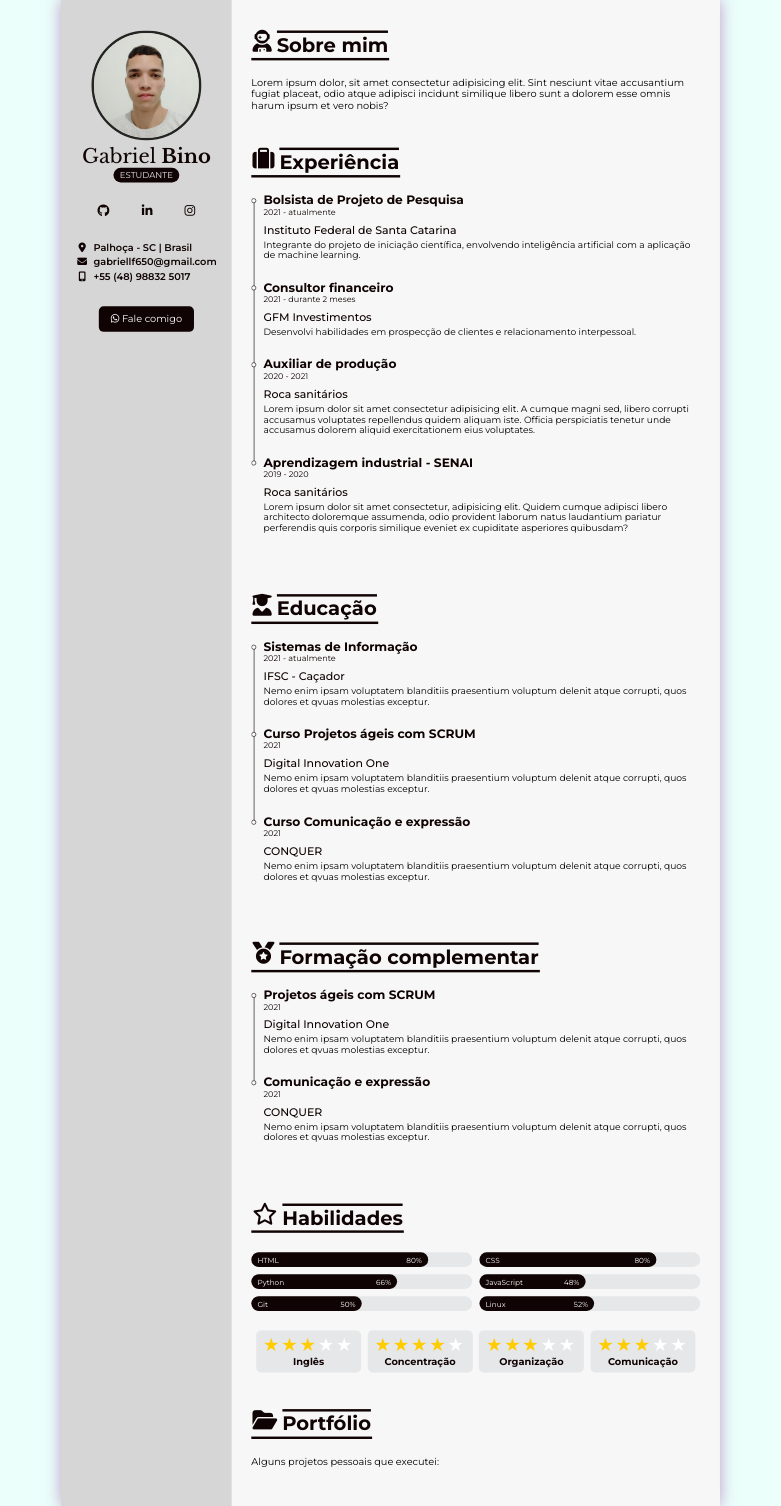
Repository: gabrielbino/curriculoResponsivo
Page: index.html
The author's editor kept a copy of each file at every save. The page is drawn from the files as they stood at one save, then again after the next save.
The browser window is 1280 px wide. The pictures show the whole page, at 61% of full size.
Some web libraries are served in a nearby version.

Above is the page before, as saved 2021-10-19 16:31:05.

### index.html
<!DOCTYPE html>
<html lang="pt-br">
  <head>
    <meta charset="UTF-8" />

    <meta name="viewport" content="width=device-width, initial-scale=1" />

    <link
      rel="stylesheet"
      href="https://cdnjs.cloudflare.com/ajax/libs/normalize/8.0.1/normalize.min.css"
      integrity="sha512-NhSC1YmyruXifcj/KFRWoC561YpHpc5Jtzgvbuzx5VozKpWvQ+4nXhPdFgmx8xqexRcpAglTj9sIBWINXa8x5w=="
      crossorigin="anonymous"
      referrerpolicy="no-referrer"
    />

    <script
      src="https://kit.fontawesome.com/a6ac7cca8d.js"
      crossorigin="anonymous"
    ></script>

    <link rel="stylesheet" href="css/style.css" />

    <link rel="shortcut icon" href="img/favicon.ico" />

    <title>CV do Gabriel</title>
  </head>
  <body>
    <main>
      <aside>
        <div class="sidebar">
          <img
            class="profile-picture"
            src="./img/option_profile.jpeg"
            alt="Gabriel Bino"
          />
          <h1 class="title-name"><span>Gabriel</span> Bino</h1>
          <h3 class="subtitle-role">Estudante</h3>
          <div class="social-links">
            <a href="https://github.com/gabrielbino" target="_blank">
              <i class="fab fa-github"></i>
            </a>
            <a
              href="https://www.linkedin.com/in/gabriel-fernandes-bino-456499195/"
              target="_blank"
            >
              <i class="fab fa-linkedin-in"></i>
            </a>
            <!-- <a href="https://twitter.com/theleoad" target="_blank">
              <i class="fab fa-twitter"></i>
            </a> -->
            <a href="https://www.instagram.com/gabrielfbino/" target="_blank">
              <i class="fab fa-instagram"></i>
            </a>
          </div>
          <ul class="personal-data">
            <li>
              <i class="fas fa-map-marker-alt"></i>
              <span>Palhoça - SC | Brasil</span>
            </li>
            <li>
              <i class="fas fa-envelope"></i>
              <a href="mailto:galbriellf650@gmail.com"
                >gabriellf650@gmail.com</a
              >
            </li>
            <li>
              <i class="fas fa-mobile-alt"></i>
              <a href="tel:+5548988325017">+55 (48) 98832 5017</a>
            </li>
          </ul>
          <a
            class="download-button"
            href="https://wa.me/+5548988325017"
            target="_blank"
          >
            <i class="fab fa-whatsapp"></i>
            <span>Fale comigo</span>
          </a>
        </div>
      </aside>
      <section>
        <article>
          <div class="article-title-wrapper">
            <i class="fas fa-user-astronaut"></i>
            <h2 class="article-title">Sobre mim</h2>
          </div>
          <p>
            Lorem ipsum dolor, sit amet consectetur adipisicing elit. Sint
            nesciunt vitae accusantium fugiat placeat, odio atque adipisci
            incidunt similique libero sunt a dolorem esse omnis harum ipsum et
            vero nobis?
          </p>
        </article>
        <article>
          <div class="article-title-wrapper">
            <i class="fas fa-suitcase"></i>
            <h2 class="article-title">Experiência</h2>
          </div>
          <ul class="timeline">
            <li>
              <h4 class="timeline-title">Bolsista de Projeto de Pesquisa</h4>
              <h5 class="timeline-time">2021 - atualmente</h5>
              <h6 class="timeline-place">
                Instituto Federal de Santa Catarina
              </h6>
              <p class="timeline-text">
                Integrante do projeto de iniciação científica, envolvendo
                inteligência artificial com a aplicação de machine learning.
              </p>
            </li>
            <li>
              <h4 class="timeline-title">Consultor financeiro</h4>
              <h5 class="timeline-time">2021 - durante 2 meses</h5>
              <h6 class="timeline-place">GFM Investimentos</h6>
              <p class="timeline-text">
                Desenvolvi habilidades em prospecção de clientes e
                relacionamento interpessoal.
              </p>
            </li>
            <li>
              <h4 class="timeline-title">Auxiliar de produção</h4>
              <h5 class="timeline-time">2020 - 2021</h5>
              <h6 class="timeline-place">Roca sanitários</h6>
              <p class="timeline-text">
                Lorem ipsum dolor sit amet consectetur adipisicing elit. A
                cumque magni sed, libero corrupti accusamus voluptates
                repellendus quidem aliquam iste. Officia perspiciatis tenetur
                unde accusamus dolorem aliquid exercitationem eius voluptates.
              </p>
            </li>
            <li>
              <h4 class="timeline-title">Aprendizagem industrial - SENAI</h4>
              <h5 class="timeline-time">2019 - 2020</h5>
              <h6 class="timeline-place">Roca sanitários</h6>
              <p class="timeline-text">
                Lorem ipsum dolor sit amet consectetur, adipisicing elit. Quidem
                cumque adipisci libero architecto doloremque assumenda, odio
                provident laborum natus laudantium pariatur perferendis quis
                corporis similique eveniet ex cupiditate asperiores quibusdam?
              </p>
            </li>
          </ul>
        </article>
        <article>
          <div class="article-title-wrapper">
            <i class="fas fa-user-graduate"></i>
            <h2 class="article-title">Educação</h2>
          </div>
          <ul class="timeline">
            <li>
              <h4 class="timeline-title">Sistemas de Informação</h4>
              <h5 class="timeline-time">2021 - atualmente</h5>
              <h6 class="timeline-place">IFSC - Caçador</h6>
              <p class="timeline-text">
                Nemo enim ipsam voluptatem blanditiis praesentium voluptum
                delenit atque corrupti, quos dolores et qvuas molestias
                exceptur.
              </p>
            </li>
            <li>
              <h4 class="timeline-title">Curso Projetos ágeis com SCRUM</h4>
              <h5 class="timeline-time">2021</h5>
              <h6 class="timeline-place">Digital Innovation One</h6>
              <p class="timeline-text">
                Nemo enim ipsam voluptatem blanditiis praesentium voluptum
                delenit atque corrupti, quos dolores et qvuas molestias
                exceptur.
              </p>
            </li>
            <li>
              <h4 class="timeline-title">Curso Comunicação e expressão</h4>
              <h5 class="timeline-time">2021</h5>
              <h6 class="timeline-place">CONQUER</h6>
              <p class="timeline-text">
                Nemo enim ipsam voluptatem blanditiis praesentium voluptum
                delenit atque corrupti, quos dolores et qvuas molestias
                exceptur.
              </p>
            </li>
          </ul>
        </article>
        <article>
          <div class="article-title-wrapper">
            <i class="fas fa-medal"></i>
            <h2 class="article-title">Formação complementar</h2>
          </div>
          <ul class="timeline">
            <li>
              <h4 class="timeline-title">Projetos ágeis com SCRUM</h4>
              <h5 class="timeline-time">2021</h5>
              <h6 class="timeline-place">Digital Innovation One</h6>
              <p class="timeline-text">
                Nemo enim ipsam voluptatem blanditiis praesentium voluptum
                delenit atque corrupti, quos dolores et qvuas molestias
                exceptur.
              </p>
            </li>
            <li>
              <h4 class="timeline-title">Comunicação e expressão</h4>
              <h5 class="timeline-time">2021</h5>
              <h6 class="timeline-place">CONQUER</h6>
              <p class="timeline-text">
                Nemo enim ipsam voluptatem blanditiis praesentium voluptum
                delenit atque corrupti, quos dolores et qvuas molestias
                exceptur.
              </p>
            </li>
          </ul>
        </article>
        <article>
          <div class="article-title-wrapper">
            <i class="far fa-star"></i>
            <h2 class="article-title">Habilidades</h2>
          </div>
          <div class="skills-container">
            <div class="progress">
              <div class="progress-bar" role="progressbar" style="width: 80%">
                <div class="progress-text">
                  <span>HTML</span>
                  <span>80%</span>
                </div>
              </div>
            </div>
            <div class="progress">
              <div class="progress-bar" role="progressbar" style="width: 80%">
                <div class="progress-text">
                  <span>CSS</span>
                  <span>80%</span>
                </div>
              </div>
            </div>
            <div class="progress">
              <div class="progress-bar" role="progressbar" style="width: 66%">
                <div class="progress-text">
                  <span>Python</span>
                  <span>66%</span>
                </div>
              </div>
            </div>
            <div class="progress">
              <div class="progress-bar" role="progressbar" style="width: 48%">
                <div class="progress-text">
                  <span>JavaScript</span>
                  <span>48%</span>
                </div>
              </div>
            </div>
            <div class="progress">
              <div class="progress-bar" role="progressbar" style="width: 50%">
                <div class="progress-text">
                  <span>Git</span>
                  <span>50%</span>
                </div>
              </div>
            </div>
            <div class="progress">
              <div class="progress-bar" role="progressbar" style="width: 52%">
                <div class="progress-text">
                  <span>Linux</span>
                  <span>52%</span>
                </div>
              </div>
            </div>
          </div>
          <div class="soft-skills">
            <div class="soft-skill">
              <div class="soft-skill-rating" style="--rating: 3"></div>
              <h4 class="soft-skill-label">Inglês</h4>
            </div>
            <div class="soft-skill">
              <div class="soft-skill-rating" style="--rating: 4"></div>
              <h4 class="soft-skill-label">Concentração</h4>
            </div>
            <div class="soft-skill">
              <div class="soft-skill-rating" style="--rating: 3"></div>
              <h4 class="soft-skill-label">Organização</h4>
            </div>
            <div class="soft-skill">
              <div class="soft-skill-rating" style="--rating: 3"></div>
              <h4 class="soft-skill-label">Comunicação</h4>
            </div>
          </div>
        </article>
        <article>
          <div class="article-title-wrapper">
            <i class="fas fa-folder-open"></i>
            <h2 class="article-title">Portfólio</h2>
          </div>
          <p>Alguns projetos pessoais que executei:</p>
          <div class="portfolio">
            <a href="#" class="portfolio-item">
              <div></div>
            </a>
            <a href="#" class="portfolio-item">
              <div></div>
            </a>
            <a href="#" class="portfolio-item">
              <div></div>
            </a>
            <a href="#" class="portfolio-item">
              <div></div>
            </a>
          </div>
        </article>
      </section>
    </main>
  </body>
</html>

### css/style.css
@import url("https://fonts.googleapis.com/css2?family=Libre+Baskerville:wght@400;700&family=Montserrat:wght@400;500;600;700&display=swap");

* {
  box-sizing: border-box;
}

img {
  max-width: 100%;
}

body {
  background-color: #ebfffb;
  color: black;
  font-family: "Montserrat", sans-serif;
}

main {
  background-color: #ebfffb;
  box-shadow: 0 0 1.5rem rgba(149, 56, 158, 0.5);
  display: flex;
  margin: 0 auto;
  max-width: 1080px;
  min-height: 100vh;
  width: 100%;
}

aside {
  background-color: #d6d6d6;
  padding: 50px 0 16px;
  width: 280px;
}

.sidebar {
  align-items: center;
  display: flex;
  flex-direction: column;
  position: sticky;
  top: 16px;
  width: 100%;
}

.profile-picture {
  border-radius: 50%;
  border: solid 4px #242423;
  width: 180px;
}

.title-name {
  color: #100303;
  font-family: "Libre Baskerville", serif;
  font-weight: 700;
  margin: 8px 0 0;
}

.title-name span {
  font-weight: 500;
}

.subtitle-role {
  background: #100303;
  border-radius: 12px;
  color: #e9ebec;
  font-size: 14px;
  font-weight: 400;
  margin: 0;
  padding: 4px 10px;
  text-transform: uppercase;
}

.social-links {
  display: flex;
  font-size: 20px;
  justify-content: space-between;
  margin: 36px 0;
  width: 160px;
}

.social-links a {
  color: #100303;
}

.social-links a:hover {
  color: #;
}

.personal-data {
  list-style-type: none;
  margin: 0;
  padding: 0;
}

.personal-data li {
  color: #100303;
  font-weight: 600;
  line-height: 1.5;
}

.personal-data li a {
  color: inherit;
  text-decoration: none;
}

.personal-data i {
  margin-right: 4px;
  text-align: center;
  width: 20px;
}

.download-button {
  background: #100303;
  border-radius: 8px;
  color: white;
  display: block;
  margin: 36px 0;
  padding: 12px 20px;
  text-decoration: none;
}

section {
  background-color: #f7f7f7;
  padding: 50px 32px 0;
  width: calc(100% - 280px);
}

article:not(:last-of-type) {
  margin-bottom: 60px;
}

.article-title-wrapper {
  align-items: center;
  border-bottom: 4px solid;
  color: #100303;
  display: inline-flex;
  margin-bottom: 12px;
  padding: 0 2px;
}
.article-title-wrapper i {
  font-size: 36px;
  margin: -8px 8px 0 0;
}

.article-title {
  border-top: 4px solid;
  color: #100303;
  font-size: 32px;
  font-weight: 800;
  margin: 0 0 2px;
  padding-top: 2px;
}

.timeline {
  list-style: none;
  margin: 20px 0;
  padding: 0;
}

.timeline li {
  margin: 0;
  padding: 2px 0 40px 20px;
  position: relative;
}

.timeline li::after {
  background-color: #fff;
  border-radius: 50%;
  border: 1px solid #100303;
  box-sizing: border-box;
  content: "";
  display: inline-block;
  height: 8px;
  left: 0;
  position: absolute;
  top: 2px;
  width: 8px;
}

.timeline li:not(:last-of-type)::before {
  background-color: #100303;
  content: "";
  height: 100%;
  left: 3.5px;
  position: absolute;
  top: calc(0.5em - 4px);
  width: 1px;
}

.timeline-title {
  color: #100303;
  font-size: 20px;
  margin: -8px 0 0;
}

.timeline-time {
  color: #100303;
  font-weight: 400;
  margin: 0;
}

.timeline-place {
  color: #100303;
  font-size: 18px;
  font-weight: 500;
  margin: 12px 0 4px;
}

.timeline-text {
  font-size: 15px;
  margin: 0;
}

.skills-container {
  display: flex;
  flex-wrap: wrap;
  justify-content: space-between;
  margin: 20px 0;
}

.progress {
  background-color: rgba(68, 86, 108, 0.1);
  border-radius: 20px;
  display: flex;
  font-size: 0.75rem;
  height: 1.5rem;
  margin-bottom: 12px;
  width: calc(50% - 6px);
}

.progress-bar {
  align-items: center;
  background-color: #100303;
  border-radius: 20px;
  color: #fff;
  display: flex;
  padding: 0 10px;
}

.progress-text {
  display: flex;
  justify-content: space-between;
  width: 100%;
}

.soft-skills {
  display: flex;
  justify-content: space-between;
  padding: 0 8px;
}

.soft-skill {
  background-color: rgba(68, 86, 108, 0.1);
  border-radius: 8px;
  padding: 8px;
  text-align: center;
  width: calc(25% - 8px);
}

.soft-skill-rating {
  --percent: calc(var(--rating) / 5 * 100%);
  display: inline-block;
  font-family: Times;
  font-size: 30px;
  line-height: 1;
}

.soft-skill-rating::before {
  background-clip: text;
  background: linear-gradient(90deg, #fc0 var(--percent), #fff var(--percent));
  content: "★★★★★";
  letter-spacing: 3px;
  -webkit-background-clip: text;
  -webkit-text-fill-color: transparent;
}

.soft-skill-label {
  color: #100303;
  margin: 4px 0 0;
}

.portfolio {
  display: flex;
  flex-wrap: wrap;
  justify-content: space-between;
}

.portfolio-item {
  margin-bottom: 24px;
  text-decoration: none;
  width: calc(50% - 12px);
}

/* .portfolio-item div {
  margin: 0;
}

.portfolio-item figcaption {
  color: #3c6e71;
  font-weight: 800;
  text-align: center;
} */

@media (max-width: 1024px) {
  .soft-skills {
    flex-wrap: wrap;
  }

  .soft-skill {
    margin: 4px;
    width: calc(50% - 8px);
  }
}

@media (max-width: 768px) {
  main {
    display: block;
  }

  aside,
  section {
    width: 100%;
  }

  section {
    padding: 32px 16px 0;
  }

  .article-title-wrapper {
    display: flex;
    padding: 0;
  }

  .progress,
  .soft-skill,
  .portfolio-item,
  .article-title {
    width: 100%;
  }

  .portfolio-item figure {
    text-align: center;
  }
}

After the next save:
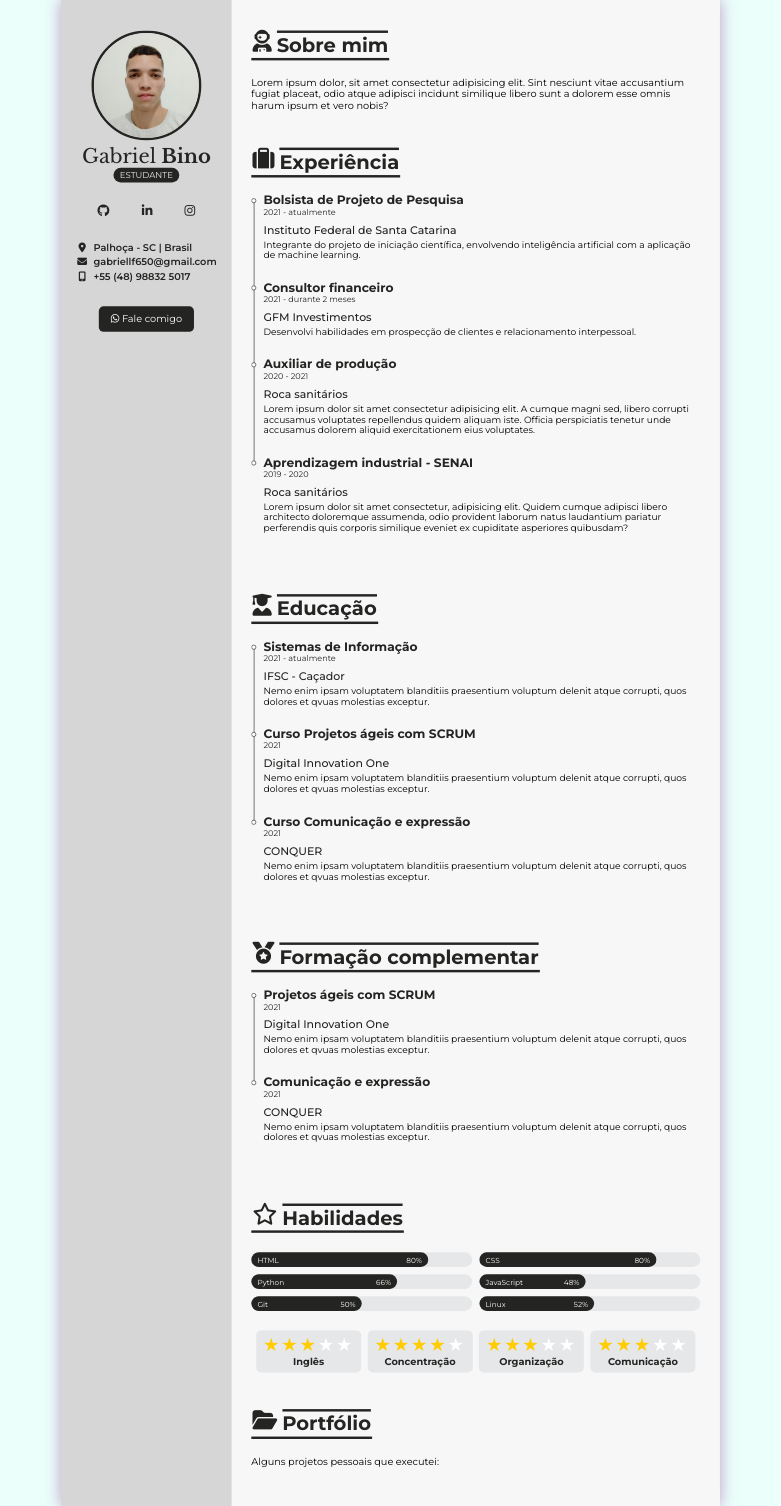
Saved 39 s later.
--- a/css/style.css
+++ b/css/style.css
@@ -46,7 +46,7 @@ aside {
 }
 
 .title-name {
-  color: #100303;
+  color: #242423;
   font-family: "Libre Baskerville", serif;
   font-weight: 700;
   margin: 8px 0 0;
@@ -57,7 +57,7 @@ aside {
 }
 
 .subtitle-role {
-  background: #100303;
+  background: #242423;
   border-radius: 12px;
   color: #e9ebec;
   font-size: 14px;
@@ -76,7 +76,7 @@ aside {
 }
 
 .social-links a {
-  color: #100303;
+  color: #242423;
 }
 
 .social-links a:hover {
@@ -90,7 +90,7 @@ aside {
 }
 
 .personal-data li {
-  color: #100303;
+  color: #242423;
   font-weight: 600;
   line-height: 1.5;
 }
@@ -107,7 +107,7 @@ aside {
 }
 
 .download-button {
-  background: #100303;
+  background: #242423;
   border-radius: 8px;
   color: white;
   display: block;
@@ -129,7 +129,7 @@ article:not(:last-of-type) {
 .article-title-wrapper {
   align-items: center;
   border-bottom: 4px solid;
-  color: #100303;
+  color: #242423;
   display: inline-flex;
   margin-bottom: 12px;
   padding: 0 2px;
@@ -141,7 +141,7 @@ article:not(:last-of-type) {
 
 .article-title {
   border-top: 4px solid;
-  color: #100303;
+  color: #242423;
   font-size: 32px;
   font-weight: 800;
   margin: 0 0 2px;
@@ -163,7 +163,7 @@ article:not(:last-of-type) {
 .timeline li::after {
   background-color: #fff;
   border-radius: 50%;
-  border: 1px solid #100303;
+  border: 1px solid #242423;
   box-sizing: border-box;
   content: "";
   display: inline-block;
@@ -175,7 +175,7 @@ article:not(:last-of-type) {
 }
 
 .timeline li:not(:last-of-type)::before {
-  background-color: #100303;
+  background-color: #242423;
   content: "";
   height: 100%;
   left: 3.5px;
@@ -185,19 +185,19 @@ article:not(:last-of-type) {
 }
 
 .timeline-title {
-  color: #100303;
+  color: #242423;
   font-size: 20px;
   margin: -8px 0 0;
 }
 
 .timeline-time {
-  color: #100303;
+  color: #242423;
   font-weight: 400;
   margin: 0;
 }
 
 .timeline-place {
-  color: #100303;
+  color: #242423;
   font-size: 18px;
   font-weight: 500;
   margin: 12px 0 4px;
@@ -227,7 +227,7 @@ article:not(:last-of-type) {
 
 .progress-bar {
   align-items: center;
-  background-color: #100303;
+  background-color: #242423;
   border-radius: 20px;
   color: #fff;
   display: flex;
@@ -272,7 +272,7 @@ article:not(:last-of-type) {
 }
 
 .soft-skill-label {
-  color: #100303;
+  color: #242423;
   margin: 4px 0 0;
 }
 
